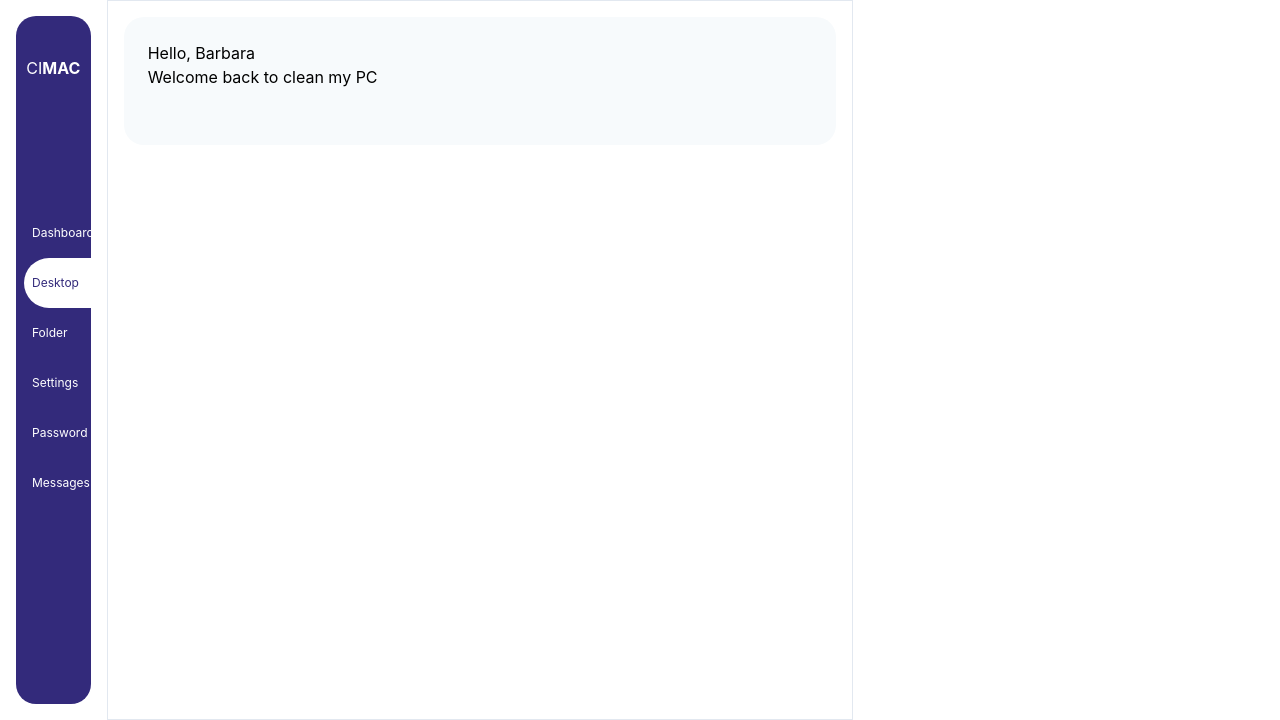
Repository: charleyvibez/experiment-Utility-software-UI
Page: index.html
These files come from the project's save history. The page is drawn as it stood at one moment and after a run of saves; the edit follows.
The browser window is 1280 px wide. The pictures show the whole page.

Above is the page before, as saved 2020-03-17 23:49:12.

After the next 5 saves:
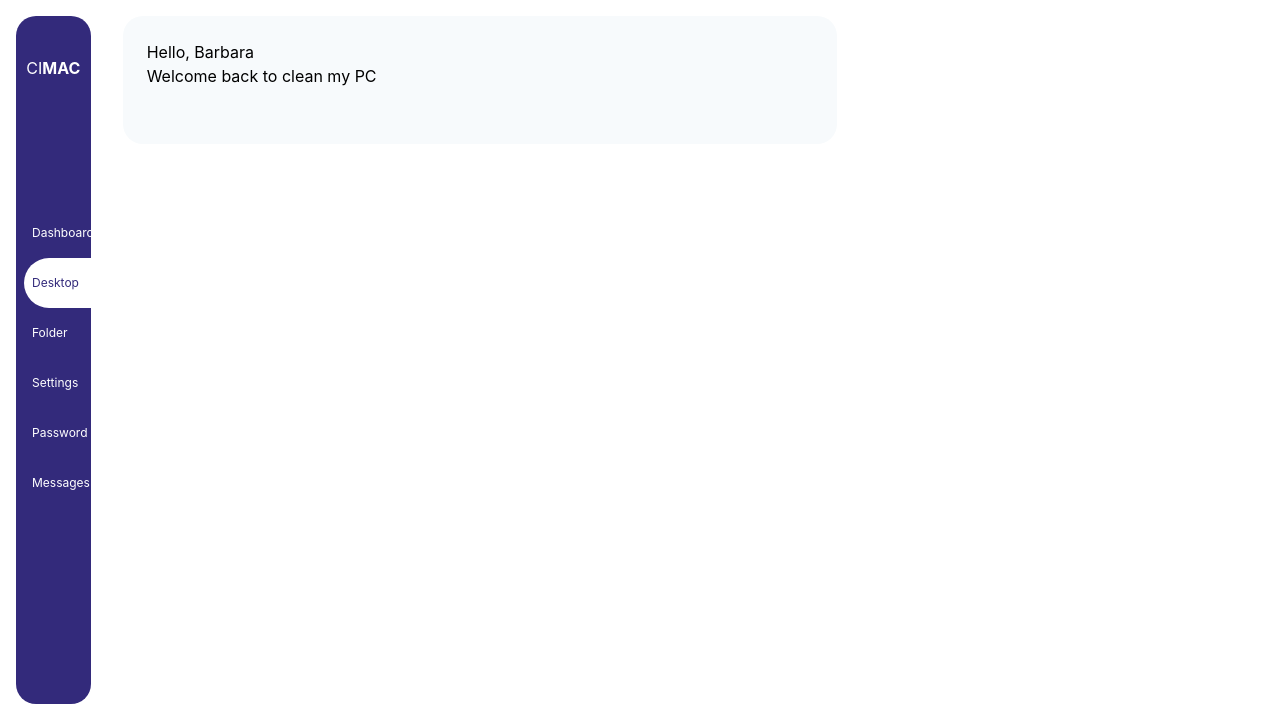
The 5 saves are shown as one change because they came seconds apart.
The last was saved 17 s later.
--- a/index.html
+++ b/index.html
@@ -28,10 +28,10 @@
 
     </aside>
 
-  <main class="w-7/12 p-4 h-screen border">
+  <main class="w-7/12 p-4 h-screen">
     <div class="main-container">
       <div class="hello p-6 h-32 bg-gray-100 rounded-xl flex flex-col">
-        <h1 cla>Hello, Barbara</h1>
+        <h1 class="bg">Hello, Barbara</h1>
         <p>Welcome back to clean my PC</p>
       </div>
     </div>
